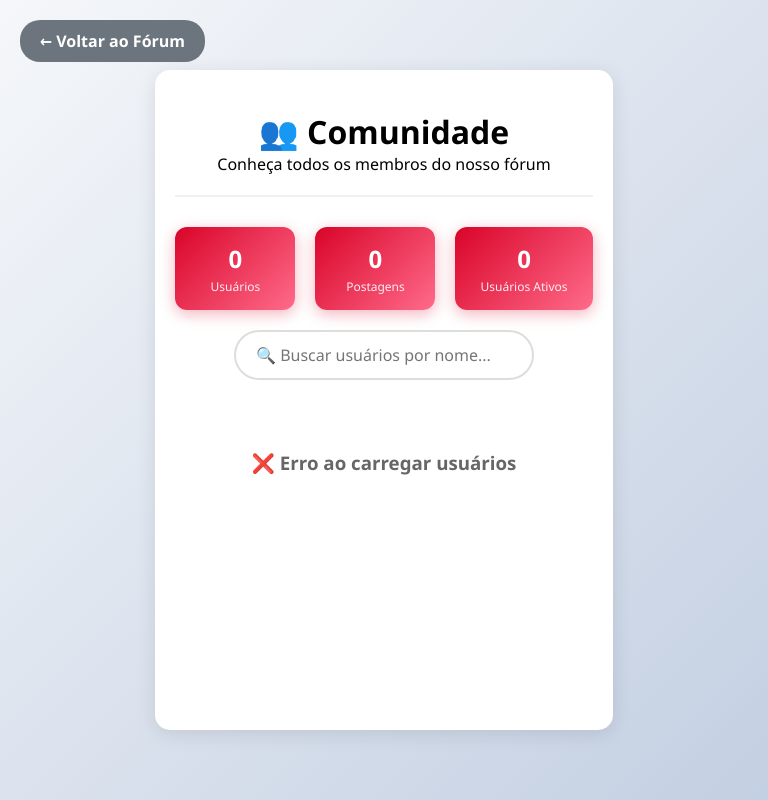
Repository: annaluizapm/MicroMidia
Page: front/HTML/usuarios.html
The author's editor kept a copy of each file at every save. The page is drawn from the files as they stood at one save, then again after the next save.
The browser window is 768 px wide. The pictures show the whole page.
The page's requests for data from a server got no answer.

Above is the page before, as saved 2025-08-16 00:41:39.

After the next save:
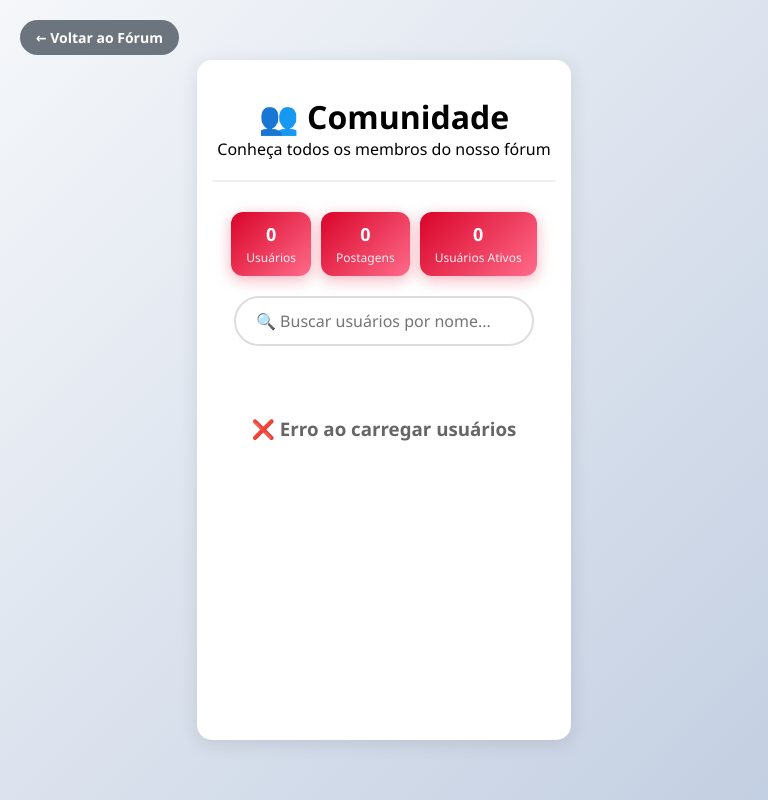
Saved 13 s later.
--- a/front/HTML/usuarios.html
+++ b/front/HTML/usuarios.html
@@ -258,6 +258,56 @@
 
         .filtro-input:focus {
             outline: none;
+            border-color: #D90429;
+        }
+
+        /* Responsividade */
+        @media (max-width: 768px) {
+            .usuarios-container {
+                margin: 10px;
+                padding: 15px;
+                height: calc(100vh - 120px);
+            }
+
+            .usuarios-grid {
+                grid-template-columns: 1fr;
+                gap: 15px;
+            }
+
+            .usuarios-stats {
+                grid-template-columns: repeat(3, 1fr);
+                gap: 10px;
+            }
+
+            .stat-card {
+                padding: 10px 15px;
+                min-width: auto;
+            }
+
+            .stat-number {
+                font-size: 18px;
+            }
+
+            .search-container {
+                max-width: 100%;
+                margin-bottom: 20px;
+            }
+        }
+
+        .voltar-btn {
+            position: fixed;
+            top: 20px;
+            left: 20px;
+            background: #6c757d;
+            color: white;
+            text-decoration: none;
+            padding: 8px 16px;
+            border-radius: 20px;
+            font-weight: 600;
+            transition: all 0.3s;
+            z-index: 1000;
+            font-size: 14px;
+        }
             border-color: #D90429;
             box-shadow: 0 0 0 3px rgba(217, 4, 41, 0.1);
         }
